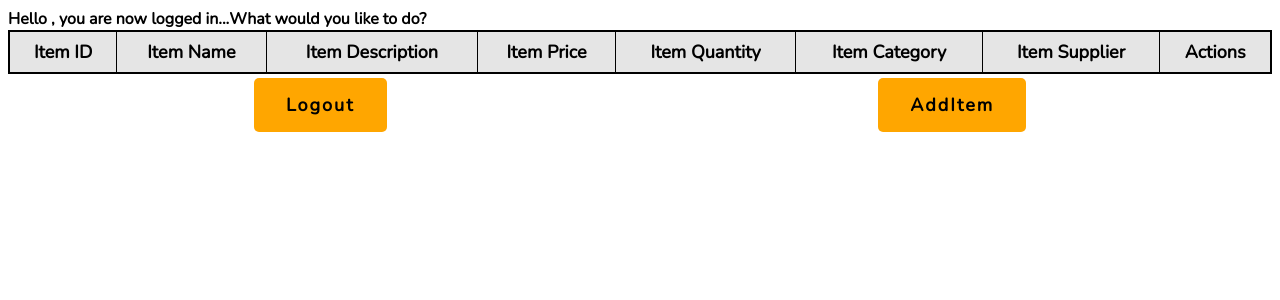
Repository: arshad-shah/Software-enginnering-3-software-patterns
Page: http://localhost/InventorySystemApp/inventory.jsp
An editor plug-in stored every save of this project. The page is shown before and after the next save, followed by the edit.
The browser window is 1280 px wide. The pictures show the whole page.
The page is served by Tomcat 9. Other server files are loaded and not shown.

Above is the page before, as saved 2021-11-23 11:26:28.

### workspace/InventorySystemApp/WebContent/inventory.jsp
<%@ page language="java" contentType="text/html; charset=ISO-8859-1"
pageEncoding="ISO-8859-1"%>
<%@ taglib prefix="c" uri="http://java.sun.com/jsp/jstl/core" %>

<!DOCTYPE html PUBLIC "-//W3C//DTD HTML 4.01 Transitional//EN" "http://www.w3.org/TR/html4/loose.dtd">
<html>
  <head>
    <meta http-equiv="Content-Type" content="text/html; charset=ISO-8859-1" />
    <title>Inventory</title>
    <link rel="stylesheet" href="style.css">
    <link rel="preconnect" href="https://fonts.googleapis.com">
	<link rel="preconnect" href="https://fonts.gstatic.com" crossorigin>
	<link href="https://fonts.googleapis.com/css2?family=Nunito&display=swap" rel="stylesheet">
	<script src="https://unpkg.com/feather-icons"></script>
  </head>

  <body>
    <c:set var="user" value="${sessionScope.user}" />
    <div class="inventoryHeader">
        <b>Hello <c:out value="${user}" />, you are now logged in...</b>
    	<b>What would you like to do?</b>
    </div>

    <!-- fill out the table with the inventory from sessionScope -->
    <table border="1">
      <tr>
        <th>Item ID</th>
        <th>Item Name</th>
        <th>Item Description</th>
        <th>Item Price</th>
        <th>Item Quantity</th>
        <th>Item Category</th>
        <th>Item Supplier</th>
        <th>Actions</th>
      </tr>
      <c:forEach items="${sessionScope.inventory.getInventory()}" var="item">
        <tr>
          <td>${item.itemId}</td>
          <td>${item.itemName}</td>
          <td>${item.itemDesc}</td>
          <td>${item.itemPrice}</td>
          <td>${item.itemQuantity}</td>
          <td>${item.itemCategory}</td>
          <td>${item.itemSupplier}</td>
          <td>
	          <form action="FrontController" method="post">
	          	 <input type="hidden" name="itemid" value="${item.itemId}"/>
			     <input type="hidden" name="action" value="GetItem" />
			     <button class="button" type="submit"><i data-feather="edit"></i></button>
			  </form>

		    <form action="FrontController" method="post">
		      <input type="hidden" name="action" value="DeleteItem" />
		      <input type="hidden" name="itemid" value="${item.itemId}"/>
		      <button class="button" type="submit"><i data-feather="trash-2"></i></button>
		    </form>
		  </td>
        </tr>
      </c:forEach>
      <!-- end of forEach -->
    </table>

    <div class="actionButtons">
	    <form action="FrontController" method="post">
	      <input type="hidden" name="action" value="LogoutUser" />
	      <input class="button" type="submit" value="Logout" />
	    </form>

	    <form action="FrontController" method="post">
	      <input type="hidden" name="action" value="AddItemClick" />
	      <input class="button" type="submit" value="AddItem" />
	    </form>
	</div>

	<script>
      feather.replace()
    </script>
  </body>
</html>

### workspace/InventorySystemApp/WebContent/style.css
@charset "ISO-8859-1";

*{
	font-family: 'Nunito', sans-serif;
}
.loginContainer{
	width: 100%;
    height: 100%;
    min-height: 100vh;
    display: flex;
    align-items: center;
    justify-content: center;
    align-content: center;
    flex-direction: column;
}
.loginForm{
	width:auto;
	height:auto;
	padding:24px;
	display: flex;
	flex-direction: column;
	align-content: center;
	justify-content: center;
	align-items: stretch;
	/* Add shadows to create the "card" effect */
	box-shadow: 1px 1px 5px 4px rgba(0,0,0,0.15);
	transition: 0.3s;
	border-radius: 10px;
}

.signUpContainer{
	width: 100%;
    height: 100%;
    min-height: 100vh;
    display: flex;
    align-items: center;
    justify-content: center;
    align-content: center;
    flex-direction: column;
}
.signUpForm{
	width:auto;
	height:auto;
	padding:24px;
	display: flex;
	flex-direction: column;
	align-content: center;
	justify-content: center;
	align-items: stretch;
	/* Add shadows to create the "card" effect */
	box-shadow: 1px 1px 5px 4px rgba(0,0,0,0.15);
	transition: 0.3s;
	border-radius: 10px;
}

.formHeading{
	text-align:center;
}

.loginFormButtons{
    display: flex;
    flex-direction: row;
    align-content: center;
    justify-content: space-around;
    align-items: center;
}

.actionButtons{
    display: flex;
    justify-content: space-around;
    align-content: center;
    flex-direction: row;
}
.button{
	border-radius: 5px;
    background-color: #ffa600;
    border: none;
    color: #000;
    padding: 15px 32px;
    text-align: center;
    text-decoration: none;
    display: inline-block;
    font-size: 18px;
    font-weight: 700;
    letter-spacing: 2px;
    margin: 4px 2px;
    cursor: pointer;
    -webkit-transition-duration: .4s;
    transition-duration: .4s;
}

.button:hover {
    border-radius: 5px;
    box-shadow: 0 12px 16px 0 rgba(0,0,0,.24),0 17px 50px 0 rgba(0,0,0,.19);
}

.input{
	padding: 12px 15px;
	margin: 8px 0;
	box-sizing: border-box;
	border: 2px solid grey;
  	border-radius: 4px;
  	font-size: 18px;
}


table {
  border-collapse: collapse;
  width: 100%;
  border: 2px solid black;
  border-radius: 10px;
}

th{
  text-align: center;
  padding: 8px;
  font-weight: bold;
  font-size: 18px;
  background-color: #e5e5e5;
}
td {
  text-align: left;
  padding: 8px;
  font-size: 14px;
   font-weight: bold;
}

tr:nth-child(even) {background-color: #e5e5e5;}


.inventoryHeader{
	display:flex;
}

After the next save:
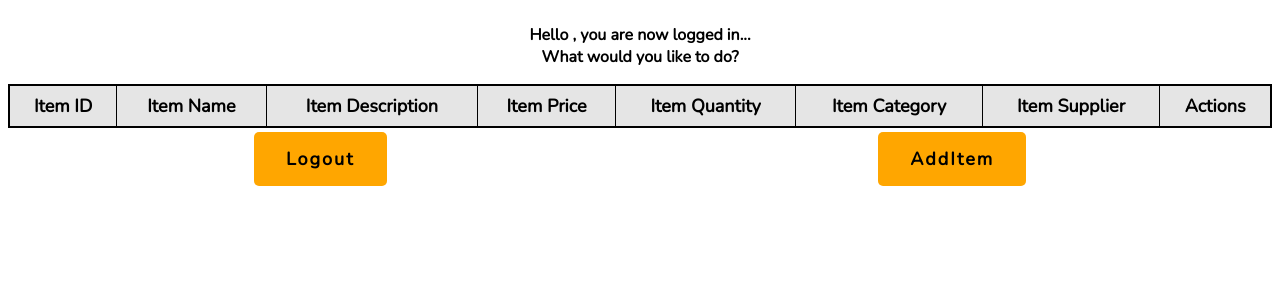
Saved 2 min 4 s later.
--- a/workspace/InventorySystemApp/WebContent/style.css
+++ b/workspace/InventorySystemApp/WebContent/style.css
@@ -130,4 +130,7 @@ tr:nth-child(even) {background-color: #e5e5e5;}
 
 .inventoryHeader{
 	display:flex;
+	flex-direction: column;
+    align-items: center;
+    padding: 16px;
 }
